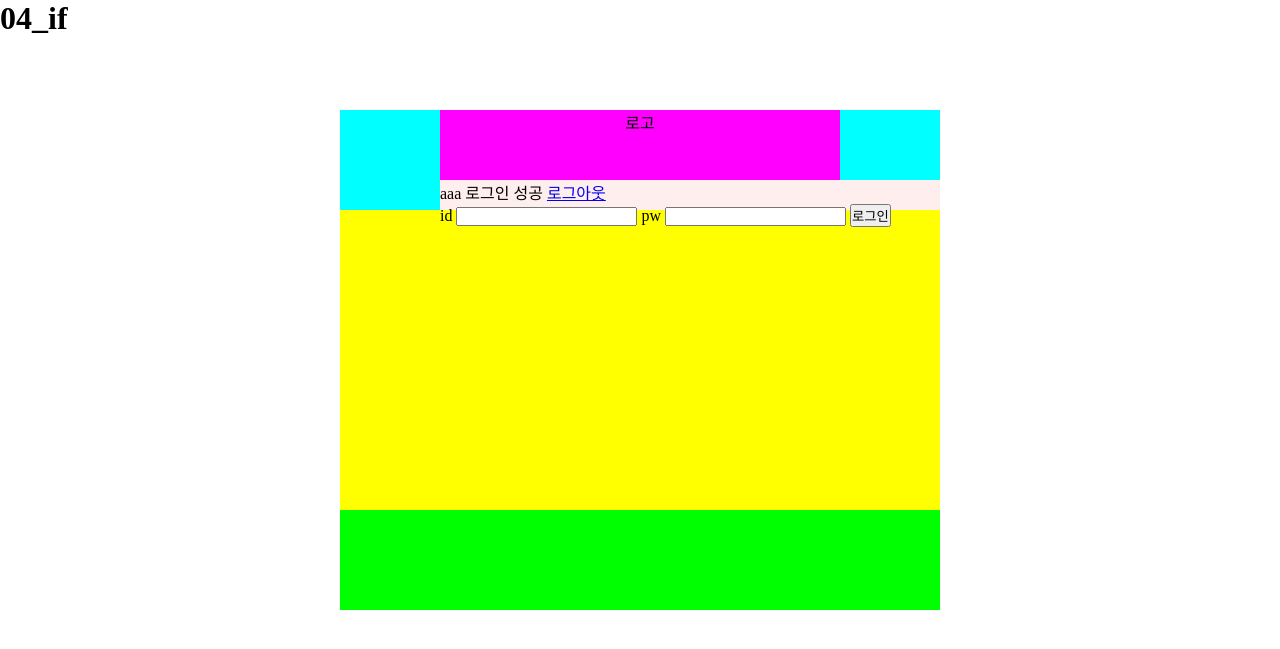
Repository: psun2/Korea-IT-Academy
Page: (back up) _ 오전/study_a/web_work/scriptProj/WebContent/first/04_if.html
The author's editor kept a copy of each file at every save. The page is drawn from the files as they stood at one save, then again after the next save.
The browser window is 1280 px wide. The pictures show the whole page.

Above is the page before, as saved 2020-07-30 04:50:12.

### (back up) _ 오전/study_a/web_work/scriptProj/WebContent/first/04_if.html
<!DOCTYPE html>
<html>
<head>
<meta charset="UTF-8">
<title>04_if</title>
<style>
html, body{
	width:100%;
	height:100%;
}
*{
	margin:0;
	padding:0;
}
.wrapper{
	/*margin:0 auto;*/
	left: 50%;
	top: 50%;
	margin-left:-300px;
	margin-top:-250px;
	position: absolute;
	width:600px;
	height: 500px;
	background: #f00;
}
header{
	width:100%;
	height: 100px;
	background: #0ff;
}
section{
	width:100%;
	height: 300px;
	background: #ff0;
}
footer{
	width:100%;
	height: 100px;
	background: #0f0;
}
.logo{
	width:400px;
	height:70px;
	background: #f0f;
	margin:0 auto;
	text-align: center;
}
.loginDiv{
	width:500px;
	height:30px;
	background: #fee;
	float:right;

}

</style>
<script>

	var pid = 'aaa'

	var logData = ''
	if(pid) {

		logData = pid+' 로그인 성공 <a href="logout">로그아웃</a>';
	}else{
		logData = '로그인 실패';
	}
</script>
</head>
<body>
<h1>04_if</h1>
<div class="wrapper">
	<header>
		<div class='logo'>로고</div>
		<div class='loginDiv'>
		<script>
			document.write(logData )
		</script>
			<form action="login">
				<label >id <input name="id" type="text" /></label>
				<label >pw <input name="pw" type="password" /></label>
				<input type="submit" value="로그인"/>
			</form>
		</div>

	</header>
	<section></section>
	<footer></footer>
</div>
</body>
</html>

After the next save:
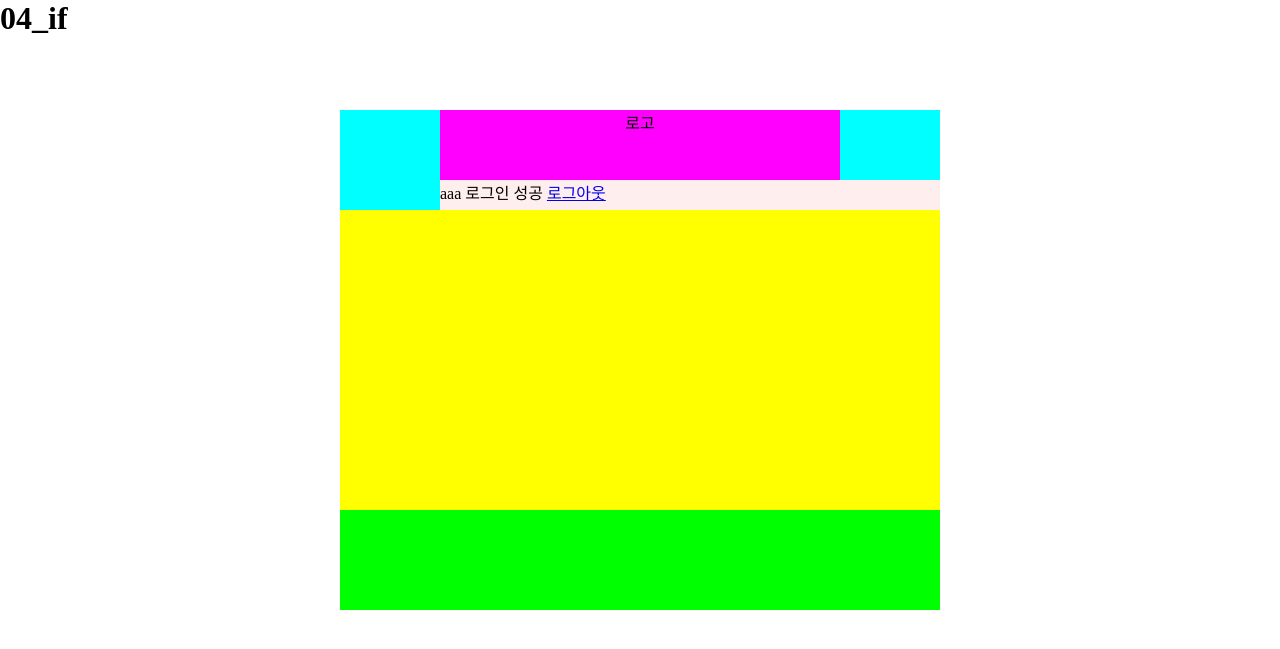
Saved 71 s later.
--- a/(back up) _ 오전/study_a/web_work/scriptProj/WebContent/first/04_if.html
+++ b/(back up) _ 오전/study_a/web_work/scriptProj/WebContent/first/04_if.html
@@ -63,7 +63,10 @@ footer{
 
 		logData = pid+' 로그인 성공 <a href="logout">로그아웃</a>';
 	}else{
-		logData = '로그인 실패';
+		logData = '<form action="login">' +
+			'<label >id <input name="id" type="text" /></label>' +
+			'<label >pw <input name="pw" type="password" /></label>' +
+			'<input type="submit" value="로그인"/></form>';
 	}
 </script>
 </head>
@@ -76,11 +79,7 @@ footer{
 		<script>
 			document.write(logData )
 		</script>
-			<form action="login">
-				<label >id <input name="id" type="text" /></label>
-				<label >pw <input name="pw" type="password" /></label>
-				<input type="submit" value="로그인"/>
-			</form>
+
 		</div>
 
 	</header>
